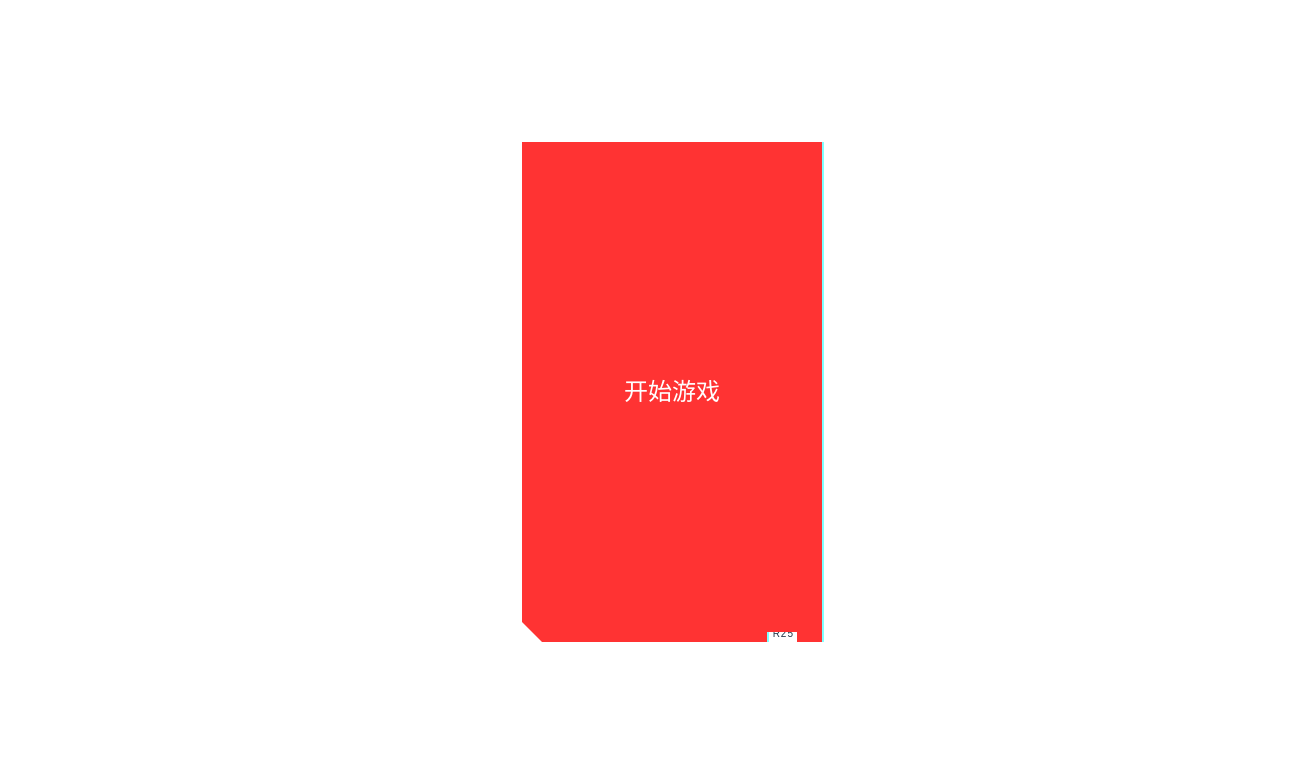
Repository: yezhonghu0503/brainstorming
Page: /
The author's editor kept a copy of each file at every save. The page is drawn from the files as they stood at one save, then again after the next save.
The browser window is 1280 px wide. The page is 1312 px wide, so the pictures cover 1312 px, including what lies to the right of the window. The pictures show the whole page.
The project was rebuilt for these pictures with package versions that can differ from the ones it lists, and the page was loaded fresh each time. Also part of the build but not shown: vite.config.ts.

Above is the page before, as saved 2022-10-11 14:48:21.

After the next save:
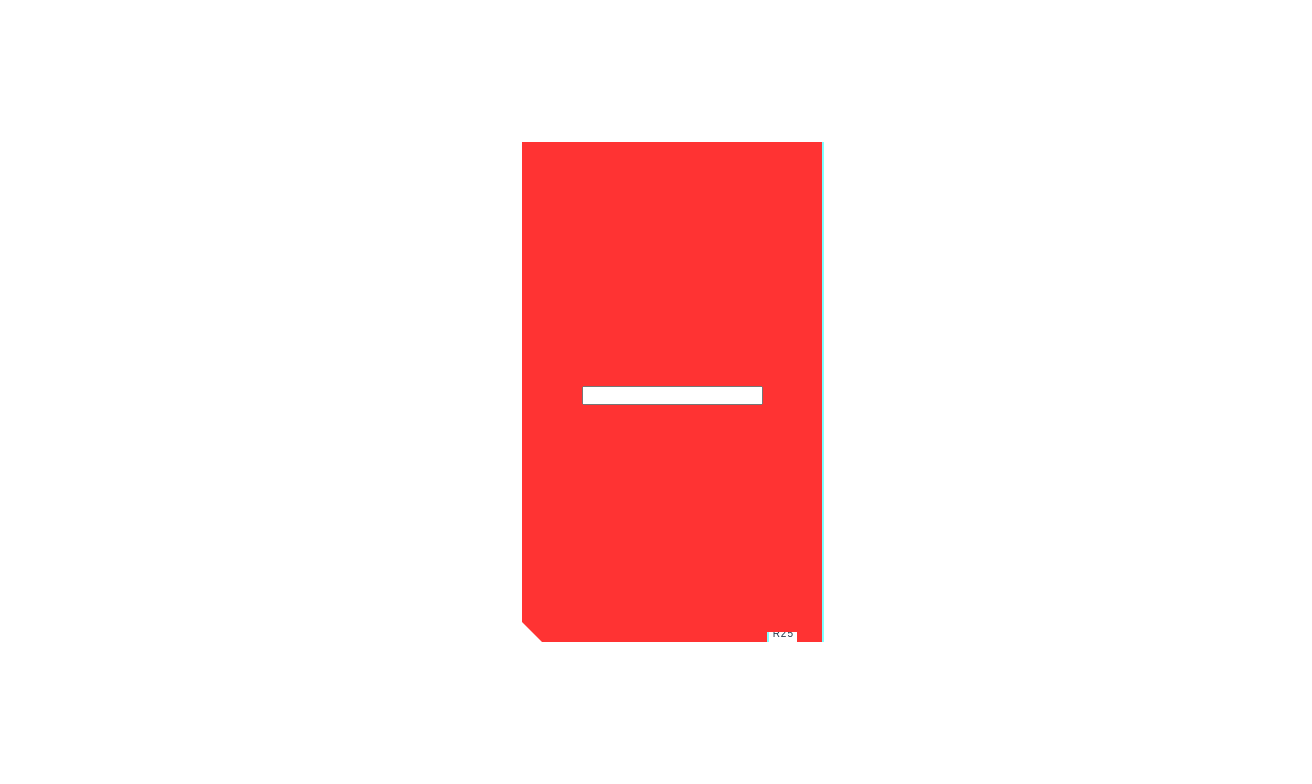
Saved 84 s later.
--- a/src/views/login/index.vue
+++ b/src/views/login/index.vue
@@ -8,7 +8,9 @@
   <main>
     <div class="button">
       <div class="glitch"></div>
-      <div class="text" data-text="开始游戏">开始游戏</div>
+      <div class="text" data-text="开始游戏">
+        <input type="text">
+      </div>
       <span class="platform">R25</span>
     </div>
   </main>

After the save that followed:
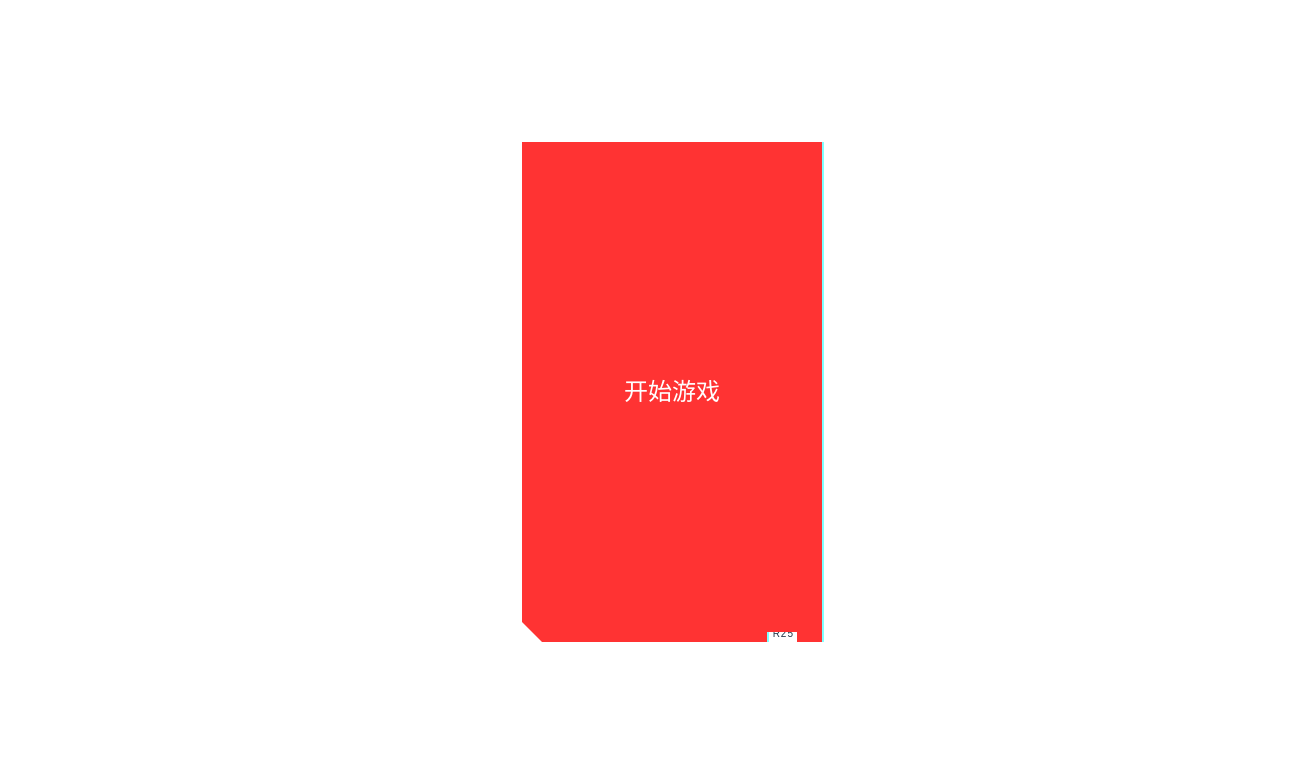
Saved 13 s later.
--- a/src/views/login/index.vue
+++ b/src/views/login/index.vue
@@ -8,9 +8,7 @@
   <main>
     <div class="button">
       <div class="glitch"></div>
-      <div class="text" data-text="开始游戏">
-        <input type="text">
-      </div>
+      <div class="text" data-text="开始游戏">开始游戏</div>
       <span class="platform">R25</span>
     </div>
   </main>
